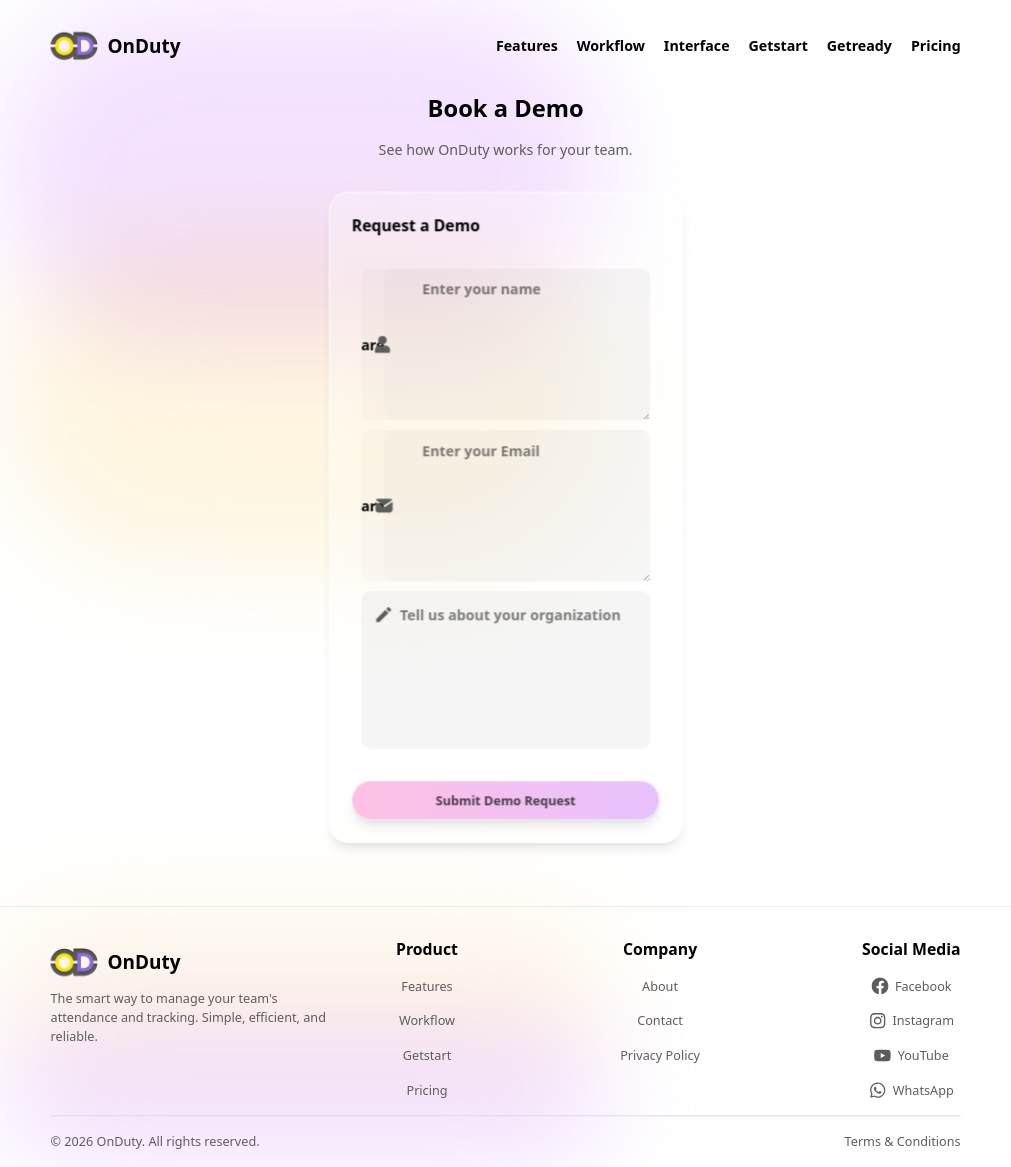
Repository: shekharzorin/ONDUTY-V1
Page: /bookdemo
These files come from the project's save history. The page is drawn as it stood at one moment and after the next save; the edit follows.
The browser window is 1280 px wide. The pictures show the whole page, at 79% of full size.
The project was rebuilt for these pictures with package versions that can differ from the ones it lists, and the page was loaded fresh each time. The framework's server and built-in components were replaced by stand-ins that run in the browser. Also part of the build but not shown: next.config.mjs, vite.config.js, app/components/ui/Crossicon.tsx.

Above is the page before, as saved 2026-01-17 18:39:44.

### app/layout.tsx
import type { Metadata } from "next";
import { Geist, Geist_Mono } from "next/font/google";
import "./globals.css";
import Navbar from "./components/header/Navbar";

const geistSans = Geist({
  variable: "--font-geist-sans",
  subsets: ["latin"],
});

const geistMono = Geist_Mono({
  variable: "--font-geist-mono",
  subsets: ["latin"],
});

export const metadata: Metadata = {
  title: "Create Next App",
  description: "Generated by create next app",
};

export default function RootLayout({
  children,
}: Readonly<{
  children: React.ReactNode;
}>) {
  return (
    <html lang="en">
      <body
        className={`${geistSans.variable} ${geistMono.variable} antialiased`}
      >
        <Navbar />
        {children}
      </body>
    </html>
  );
}

### app/bookdemo/page.tsx
import Footer from "../components/footer/footer";
import Bookdemo from "../components/sections/bookdemo";

const page = () => {
  return (
    <div className="flex flex-col">
      <Bookdemo />
      <Footer />
    </div>
  );
};

export default page;

### app/globals.css
@import "tailwindcss";

:root {
  --color-primary: #8d6bdc;
  --color-secondary: #e0d4ff;
  --color-bg: #efefef;
  --color-sidebar: #ffffff;
  --color-gray: #5d5d5d;
}

html {
  scroll-behavior: smooth;
}




.flip-card {
  perspective: 1000px;
}

.flip-card-inner {
  transform-style: preserve-3d;
}

.flip-card-front,
.flip-card-back {
  position: absolute;
  width:auto;
  height:auto;
  backface-visibility: hidden;
}

.flip-card-back {
  transform: rotateY(180deg);
}

### app/components/header/Navbar.tsx
"use client";

import Logo from "@/public/images/od_logo.png";
import Image from "next/image";
import Link from "next/link";
import { usePathname } from "next/navigation";
import { useEffect, useState } from "react";
import { MdMenu } from "react-icons/md";
import { motion, AnimatePresence } from "framer-motion";
import { useRouter } from "next/navigation";
import Crossicon from "../ui/Crossicon";

export const navLinks = [
  { name: "Features", id: "features" },
  { name: "Workflow", id: "workflow" },
  { name: "Interface", id: "interface" },
  { name: "Getstart", id: "getstart" },
  { name: "Getready", id: "getready" },
  { name: "Pricing", path: "/pricing/" },
];

const Navbar = () => {
  const pathname = usePathname();
  const [isScrolled, setIsScrolled] = useState(false);
  const [isNavOpen, setIsNavOpen] = useState(false);
  const router = useRouter();
  const [activeSection, setActiveSection] = useState<string | null>(null);

  const handleScrollNav = (id: string) => {
    setActiveSection(id);
    router.push(`/#${id}`);
  };

  useEffect(() => {
    if (pathname !== "/") {
      setActiveSection(null);
    }
  }, [pathname]);

  useEffect(() => {
    if (pathname !== "/") return;
    const hash = window.location.hash.replace("#", "");
    if (hash) {
      setActiveSection(hash);
    } else {
      setActiveSection("features");
    }
  }, [pathname]);

  useEffect(() => {
    const handleScroll = () => setIsScrolled(window.scrollY > 20);
    window.addEventListener("scroll", handleScroll);
    return () => window.removeEventListener("scroll", handleScroll);
  }, []);

  useEffect(() => {
    if (isNavOpen) {
      document.body.style.overflow = "hidden";
    } else {
      document.body.style.overflow = "";
    }
    return () => {
      document.body.style.overflow = "";
    };
  }, [isNavOpen]);

  useEffect(() => {
    if (pathname !== "/") return;

    const sections = [
      "features",
      "workflow",
      "interface",
      "getready",
      "getstart",
    ];
    let locked = true;

    const unlock = () => (locked = false);
    window.addEventListener("scroll", unlock, { once: true });

    const observer = new IntersectionObserver(
      (entries) => {
        if (locked) return;

        entries.forEach((entry) => {
          if (entry.isIntersecting) {
            const id = entry.target.id;

            // 1️⃣ Update active state
            setActiveSection(id);

            // 2️⃣ Update URL hash WITHOUT navigation
            router.replace(`/#${id}`, { scroll: false });
          }
        });
      },
      {
        rootMargin: "-45% 0px -45% 0px",
        threshold: 0,
      }
    );

    sections.forEach((id) => {
      const el = document.getElementById(id);
      if (el) observer.observe(el);
    });

    return () => observer.disconnect();
  }, [pathname, router]);

  return (
    <header
      className={`fixed top-0 left-0 right-0 z-50 border-b transition-all ${
        isScrolled
          ? "bg-transparent backdrop-blur-md border-white shadow-lg py-0"
          : "bg-transparent border-transparent py-5"
      }`}
    >
      <div className="mx-auto w-full px-4 sm:px-6 md:px-8 lg:px-12 xl:px-16 2xl:px-24 max-w-384 py-2 flex items-center justify-between">
        <div className="flex gap-2 lg:gap-3 items-center">
          <Image
            src={Logo}
            alt="Onduty Logo"
            height={60}
            width={60}
            className="flex h-10 w-10 md:h-12 md:w-12 lg:h-15 lg:w-15"
          />
          <h1 className="text-2xl lg:text-2xl font-bold">OnDuty</h1>
        </div>

        {/* Desktop Navbar */}
        <nav className="hidden lg:flex gap-6">
          {navLinks.map((item) => {
            // SCROLL ITEM
            if (item.id) {
              return (
                <button
                  key={item.id}
                  onClick={() => handleScrollNav(item.id)}
                  className={`relative lg:font-semibold xl:font-bold text-lg transition-colors duration-300
                    after:absolute after:left-0 after:-bottom-1 after:h-1
                    after:rounded-full after:bg-(--color-primary)
                    after:transition-all after:duration-300
                    ${
                      activeSection === item.id && pathname === "/"
                        ? "text-(--color-primary)"
                        : "after:w-0 hover:after:w-full"
                    }
                  `}
                >
                  {item.name}
                </button>
              );
            }

            // ROUTE ITEM
            const isActive = pathname === item.path;

            return (
              <Link
                key={item.path}
                href={item.path!}
                className={`relative lg:font-semibold xl:font-bold text-lg transition-colors duration-300
                  after:absolute after:left-0 after:-bottom-1 after:h-1
                  after:rounded-full after:bg-(--color-primary)
                  after:transition-all after:duration-300
                  ${
                    isActive
                      ? "text-(--color-primary)"
                      : "after:w-0 hover:after:w-full"
                  }
                `}
              >
                {item.name}
              </Link>
            );
          })}
        </nav>

        <div className="lg:hidden gap-3">
          <div
            onClick={() => setIsNavOpen(true)}
            className="flex p-1 lg:hidden bg-(--color-secondary) rounded-full border-white border justify-center items-center"
          >
            <MdMenu size={28} className="opacity-10 animate-pulse" />
          </div>

          <AnimatePresence>
            {isNavOpen && (
              <motion.div
                className="fixed inset-0 backdrop-blur-sm bg-black/30 flex justify-end h-screen"
                initial={{ opacity: 0 }}
                animate={{ opacity: 1 }}
                exit={{ opacity: 1 }}
                transition={{ duration: 0.6 }}
              >
                {/* Drawer */}
                <motion.div
                  className="relative w-[70%] md:w-[60%] bg-(--color-sidebar) h-full flex items-center"
                  initial={{ x: "100%" }}
                  animate={{ x: 0 }}
                  exit={{ x: "100%" }}
                  onClick={(e: any) => e.stopPropagation()}
                  transition={{
                    duration: 0.35,
                    ease: "easeInOut",
                  }}
                >
                  {/* Close button */}
                  <div className="flex absolute top-7.25 right-4 md:right-8 lg:hidden z-20 ">
                    <Crossicon onClick={() => setIsNavOpen(false)} />
                  </div>

                  {/* Mobile Navbar */}
                  <nav className="flex flex-col gap-10 p-10 mt-10 w-full">
                    {navLinks.map((item) => {
                      if (item.id) {
                        return (
                          <button
                            key={item.id}
                            onClick={() => {
                              handleScrollNav(item.id);
                              setIsNavOpen(false);
                            }}
                            className={`py-2 w-full relative text-lg font-semibold md:font-bold text-left transition-colors
                              ${
                                activeSection === item.id && pathname === "/"
                                  ? "text-(--color-primary)"
                                  : "text-black/80 hover:text-(--color-primary)"
                              }
                            `}
                          >
                            {item.name}
                          </button>
                        );
                      }

                      const isActive = pathname === item.path;

                      return (
                        <Link
                          key={item.path}
                          href={item.path!}
                          onClick={() => setIsNavOpen(false)}
                          className={`relative text-lg font-semibold md:font-bold py-2
                            ${isActive ? "text-(--color-primary)" : ""}
                          `}
                        >
                          {item.name}
                        </Link>
                      );
                    })}
                  </nav>
                </motion.div>
              </motion.div>
            )}
          </AnimatePresence>
        </div>
      </div>
    </header>
  );
};

export default Navbar;

### app/components/footer/footer.tsx
import Image from "next/image";
import Logo from "@/public/images/od_logo.png";
import Link from "next/link";
import { FaFacebook, FaInstagram, FaWhatsapp, FaYoutube } from "react-icons/fa";
import { ReactNode } from "react";

type FooterLink = {
  label: string;
  href: string;
  external?: boolean;
  icon?: ReactNode;
};

type FooterSection = {
  title: string;
  links: FooterLink[];
};

const footerLinks: FooterSection[] = [
  {
    title: "Product",
    links: [
      { label: "Features", href: "/#features" },
      { label: "Workflow", href: "/#workflow" },
      { label: "Getstart", href: "/#getstart" },
      { label: "Pricing", href: "/pricing/" },
    ],
  },
  {
    title: "Company",
    links: [
      { label: "About", href: "/about" },
      { label: "Contact", href: "/contact" },
      { label: "Privacy Policy", href: "/privacy&policy" },
    ],
  },
  {
    title: "Social Media",
    links: [
      {
        label: "Facebook",
        href: "https://www.facebook.com",
        external: true,
        icon: <FaFacebook size={22} />,
      },
      {
        label: "Instagram",
        href: "https://www.instagram.com",
        external: true,
        icon: <FaInstagram size={22} />,
      },
      {
        label: "YouTube",
        href: "https://www.youtube.com",
        external: true,
        icon: <FaYoutube size={22} />,
      },
      {
        label: "WhatsApp",
        href: "https://www.whatsapp.com",
        external: true,
        icon: <FaWhatsapp size={22} />,
      },
    ],
  },
];

const Footer = () => {
  return (
    <section
      id="footer"
      className="relative px-4 sm:px-6 md:px-8 lg:px-12 xl:px-16 2xl:px-24 max-w-384 w-full border-t border-gray-200"
    >
      {/* Background flare */}
      <div className="absolute top-0 left-1/2 -translate-x-1/2 w-full h-full max-w-7xl pointer-events-none -z-10">
        <div className="absolute bottom-0 w-[60%] h-[60%] bg-[#eccfff] rounded-full blur-3xl opacity-60 mix-blend-multiply filter" />
        <div className="absolute top-0 w-[60%] h-[60%] bg-[#fff4da] rounded-full blur-3xl opacity-60 mix-blend-multiply filter" />
      </div>

      <div className="flex flex-col pt-3 lg:pt-10 lg:flex-row lg:justify-between gap-5 lg:gap-20">
        <div className="flex flex-col gap-1 w-full lg:w-[50%]">
          <div className="flex gap-2 lg:gap-3 items-center">
            <Image
              src={Logo}
              alt="Onduty Logo"
              height={60}
              width={60}
              className="flex h-10 w-10 md:h-12 md:w-12 lg:h-15 lg:w-15"
            />
            <h1 className="text-2xl lg:text-2xl font-bold">OnDuty</h1>
          </div>
          <p className="text-(--color-gray)">
            The smart way to manage your team's attendance and tracking. Simple,
            efficient, and reliable.
          </p>
        </div>

        <div className="flex flex-wrap text-(--color-gray) justify-between w-full gap-5 lg:px-0 text-center">
          {footerLinks.map((section) => (
            <div key={section.title} className="flex flex-col gap-5">
              <p className="text-black text-lg lg:text-xl font-semibold">
                {section.title}
              </p>

              {section.links.map((link) => (
                <Link
                  key={link.label}
                  href={link.href}
                  target={link.external === true ? "_blank" : undefined}
                  rel={
                    link.external === true ? "noopener noreferrer" : undefined
                  }
                  className="hover:text-(--color-primary) transition"
                >
                  <p className="flex items-center gap-2 justify-center">
                    {link.icon}
                    {link.label}
                  </p>
                </Link>
              ))}
            </div>
          ))}
        </div>
      </div>

      <hr className="text-gray-300 mt-5" />
      <div className="text-(--color-gray) flex flex-col md:flex-row md:justify-between gap-5 my-5">
        <p>© 2026 OnDuty. All rights reserved.</p>
        <Link href="#">
          <p>Terms & Conditions</p>
        </Link>
      </div>
    </section>
  );
};

export default Footer;

### app/components/sections/bookdemo.tsx
"use client";

import { FaUser } from "react-icons/fa";
import { TbMailFilled } from "react-icons/tb";
import Inputbox from "../ui/Inputbox";
import { useState } from "react";
import { MdEdit } from "react-icons/md";
import Button from "../ui/Button";
import { motion } from "framer-motion";

const Bookdemo = () => {
  const [form, setForm] = useState({
    name: "",
    email: "",
    message: "",
  });

  const handleChange = (field: string, value: string) => {
    setForm((prev) => ({ ...prev, [field]: value }));
    console.log(form);
  };

  return (
    <section className="flex flex-col gap-10 pb-20 px-4 sm:px-6 md:px-8 lg:px-12 xl:px-16 2xl:px-24 max-w-384 mx-auto items-center justify-center w-full">
      {/* Background flare */}
      <div className="absolute top-0 left-1/2 -translate-x-1/2 w-full h-full max-w-7xl pointer-events-none -z-10">
        <div className="absolute top-0 w-[60%] h-[60%] bg-[#eccfff] rounded-full blur-3xl opacity-60 mix-blend-multiply filter" />
        <div className="absolute bottom-0 w-[60%] h-[60%] bg-[#fff0cd] rounded-full blur-3xl opacity-60 mix-blend-multiply filter" />
      </div>

      <div className="flex flex-col items-center justify-center mt-30 text-center gap-5">
        <p className="text-2xl lg:text-3xl font-bold leading-[1.15] lg:text-balance justify-center items-center">
          Book a Demo
        </p>
        <p className="md:text-lg text-(--color-gray)">
          See how OnDuty works for your team.
        </p>
      </div>

      <motion.div
        initial={{ opacity: 0, scale: 0.5 }}
        animate={{ opacity: 1, scale: 1 }}
        transition={{ type: "spring", stiffness: 100, damping: 20 }}
        className="backdrop-blur-md border border-white bg-white/30 shadow-lg rounded-3xl p-7 flex flex-col gap-10 justify-center w-full max-w-md"
      >
        <p className="font-bold text-xl">Request a Demo</p>

        <form
          className="flex flex-col w-full h-full px-3 gap-3 items-center"
          onSubmit={(e) => e.preventDefault()}
        >
          <Inputbox
            icon={<FaUser size={22} />}
            value={form.name}
            onChange={(v) => handleChange("name", v)}
            placeholder="Enter your name"
            className="rounded-xl bg-black/2 font-semibold md:text-lg text-black"
          />
          <Inputbox
            icon={<TbMailFilled size={26} />}
            type="email"
            value={form.email}
            onChange={(v) => handleChange("email", v)}
            placeholder="Enter your Email"
            className="rounded-xl bg-black/2 font-semibold md:text-lg text-black"
          />

          <div className="flex w-full p-4 bg-black/4 rounded-xl gap-2 text-(--color-gray)">
            <MdEdit size={28} />
            <textarea
              placeholder="Tell us about your organization"
              rows={6}
              className="w-full font-semibold md:text-lg text-black outline-none resize-none"
              value={form.message}
              onChange={(v) => handleChange("message", v.target.value)}
            />
          </div>
        </form>

        <Button
          title="Submit Demo Request"
          onClick={() => {}}
          className="
            border border-white p-3 w-full rounded-full
            bg-linear-to-r from-[#ffc1e4] to-[#e7c2ff]
            hover:animate-pulse text-black/70"
        />
      </motion.div>
    </section>
  );
};

export default Bookdemo;

### app/components/ui/Inputbox.tsx
import React, { useState } from "react";
import {IoMdEye, IoMdEyeOff } from "react-icons/io";

interface InputBoxProps {
  icon?: React.ReactNode;
  placeholder?: string;
  type?: string;
  value: string;
  onChange: (value: string) => void;
  required?: boolean;
  disabled?: boolean;
  error?: string;
  className?: string;

  inputMode?: React.HTMLAttributes<HTMLInputElement>["inputMode"];
  autoCapitalize?: "none" | "sentences" | "words" | "characters";
  autoCorrect?: "on" | "off";
  maxLength?: number;
  pattern?: string;
}


const Inputbox = ({
  icon,
  placeholder = "",
  type = "text",
  value,
  onChange,
  disabled = false,
  className = "",
}: InputBoxProps) => {
  const [showPassword, setShowPassword] = useState(false);

  const isPassword = type === "password";
  const inputType = isPassword && showPassword ? "text" : type;

  return (
    <div className={ `flex flex-col gap-1 w-full bg-(--color-sidebar) ${className}`}>
      <div className="relative flex items-center">

        {icon && (
          <span className="absolute left-4 text-(--color-gray) justify-center items-center">
            {icon}
          </span>
        )}are

        <textarea
          placeholder={placeholder}
          value={value}
          onChange={(e) => onChange(e.target.value)}
          disabled={disabled}
          rows={6}
          className={`w-full px-5 py-3  pl-12 pr-12 outline-none transition-all font-medium text-(--color-gray) ${
            disabled ? "bg-gray-100" : ""
          } ${className}`}
        />

        {isPassword && (
          <button
            type="button"
            onClick={() => setShowPassword(!showPassword)}
            className="absolute right-4 top-1/2 -translate-y-1/2 text-(--color-gray)"
          >
            {showPassword ? <IoMdEye size={28} /> : <IoMdEyeOff size={28} />}
          </button>
        )}
      </div>
    </div>
  );
};

export default Inputbox;

### app/components/ui/Button.tsx
import { ReactNode } from "react";

interface ButtonProps {
  title: string;
  onClick: () => void;
  type?: "button" | "submit";
  disabled?: boolean;

  /* 🔹 Optional Icon */
  icon?: ReactNode;
  iconPosition?: "left" | "right";

  /* 🔹 External Styles */
  className?: string;
}

const Button = ({
  title,
  onClick,
  type = "button",
  disabled = false,
  icon,
  iconPosition = "left",
  className = "",
}: ButtonProps) => {
  return (
    <button
      type={type}
      onClick={!disabled ? onClick : undefined}
      disabled={disabled}
      className={`
        group
        font-bold shadow-lg
        transition-all transform
        flex items-center justify-center gap-2
        duration-300
        ${
          disabled
            ? "bg-(--color-gray) text-(--color-sidebar) cursor-not-allowed opacity-70 transition-all duration-300"
            : "bg-(--color-primary) text-(--color-sidebar) hover:bg-(--color-secondary) hover:scale-105 hover:text-black cursor-pointer transition-all duration-300"
        }

        ${className}
      `}
    >
      {/* ICON LEFT */}
      {icon && iconPosition === "left" && (
        <span className="button-icon flex items-center">{icon}</span>
      )}

      <span>{title}</span>

      {/* ICON RIGHT */}
      {icon && iconPosition === "right" && (
        <span className="button-icon flex items-center">{icon}</span>
      )}
    </button>
  );
};

export default Button;

After the next save:
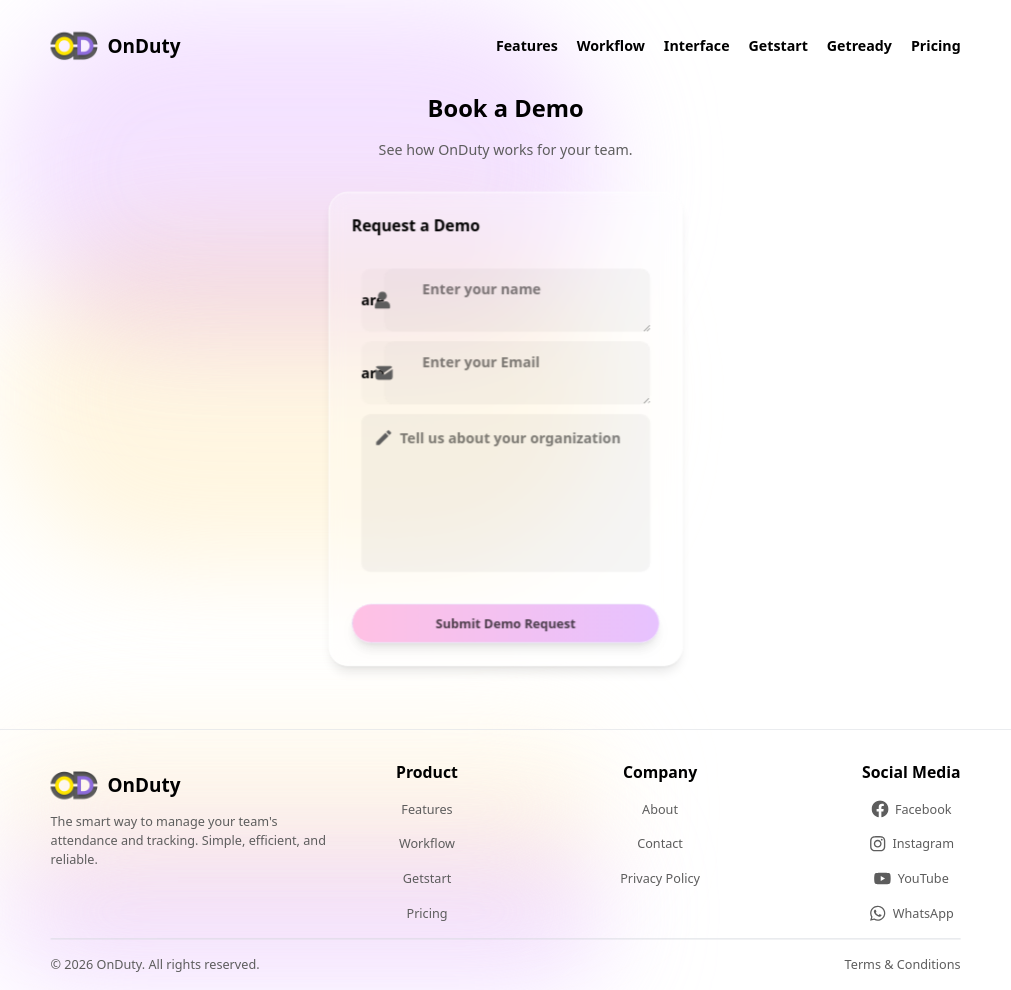
Saved 10 s later.
--- a/app/components/ui/Inputbox.tsx
+++ b/app/components/ui/Inputbox.tsx
@@ -49,7 +49,6 @@ const Inputbox = ({
           value={value}
           onChange={(e) => onChange(e.target.value)}
           disabled={disabled}
-          rows={6}
           className={`w-full px-5 py-3  pl-12 pr-12 outline-none transition-all font-medium text-(--color-gray) ${
             disabled ? "bg-gray-100" : ""
           } ${className}`}
